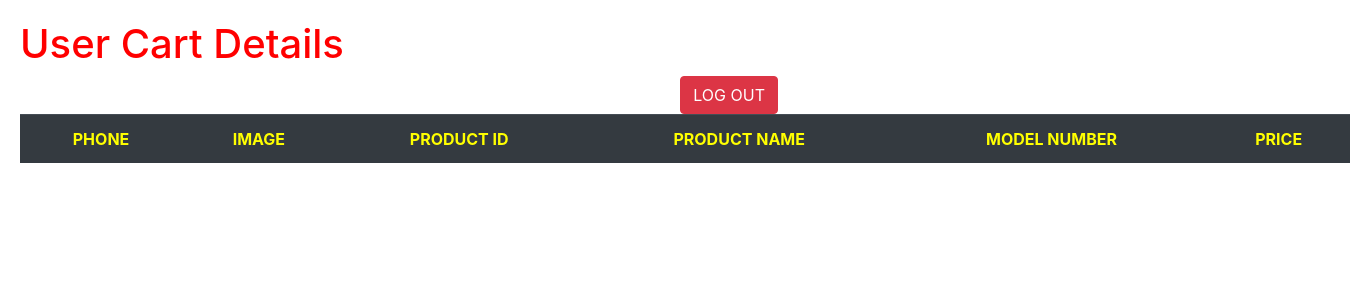
Repository: piyushj81/ComputerShop
Page: http://localhost/computershop/userCartdetailscontroller
An editor plug-in stored every save of this project. The page is shown before and after the next save, followed by the edit.
The browser window is 1280 px wide. The page is 1350 px wide, so the pictures cover 1350 px, including what lies to the right of the window. The pictures show the whole page.
The page is served by Tomcat 9. Queries for data that is not in the repository find no rows.

Above is the page before, as saved 2021-10-15 10:12:36.

After the next save:
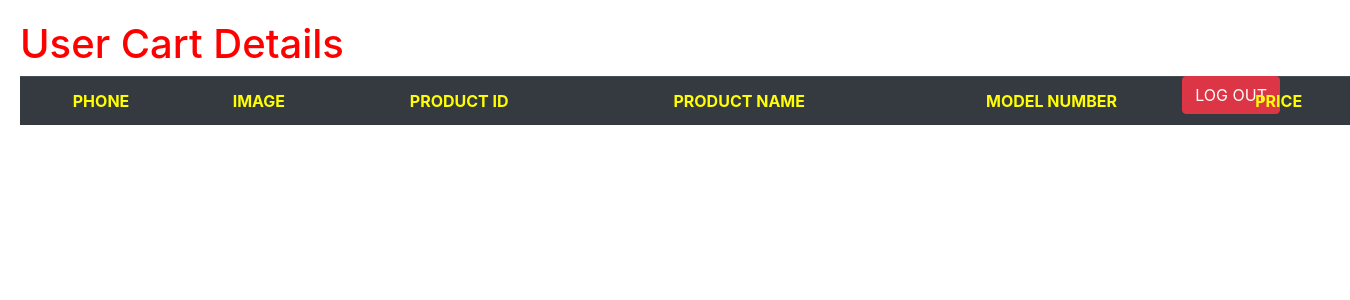
Saved 64 s later.
--- a/computershop/WebContent/usercart.jsp
+++ b/computershop/WebContent/usercart.jsp
@@ -32,7 +32,9 @@
 </head>
 <body>
 <h1 style="color:red;">User Cart Details </h1>
-<a href="LogoutController" ><button class="btn btn-danger" type="button"  style= "float: right; margin-right:2px;"   > LOG OUT</button></a>
+<div>
+<a href="LogoutController" ><button class="btn btn-danger" type="button"  style= "float: right; margin-right:-500px;"   > LOG OUT</button></a>
+</div>
 <%
 
 Class.forName("com.mysql.jdbc.Driver");
